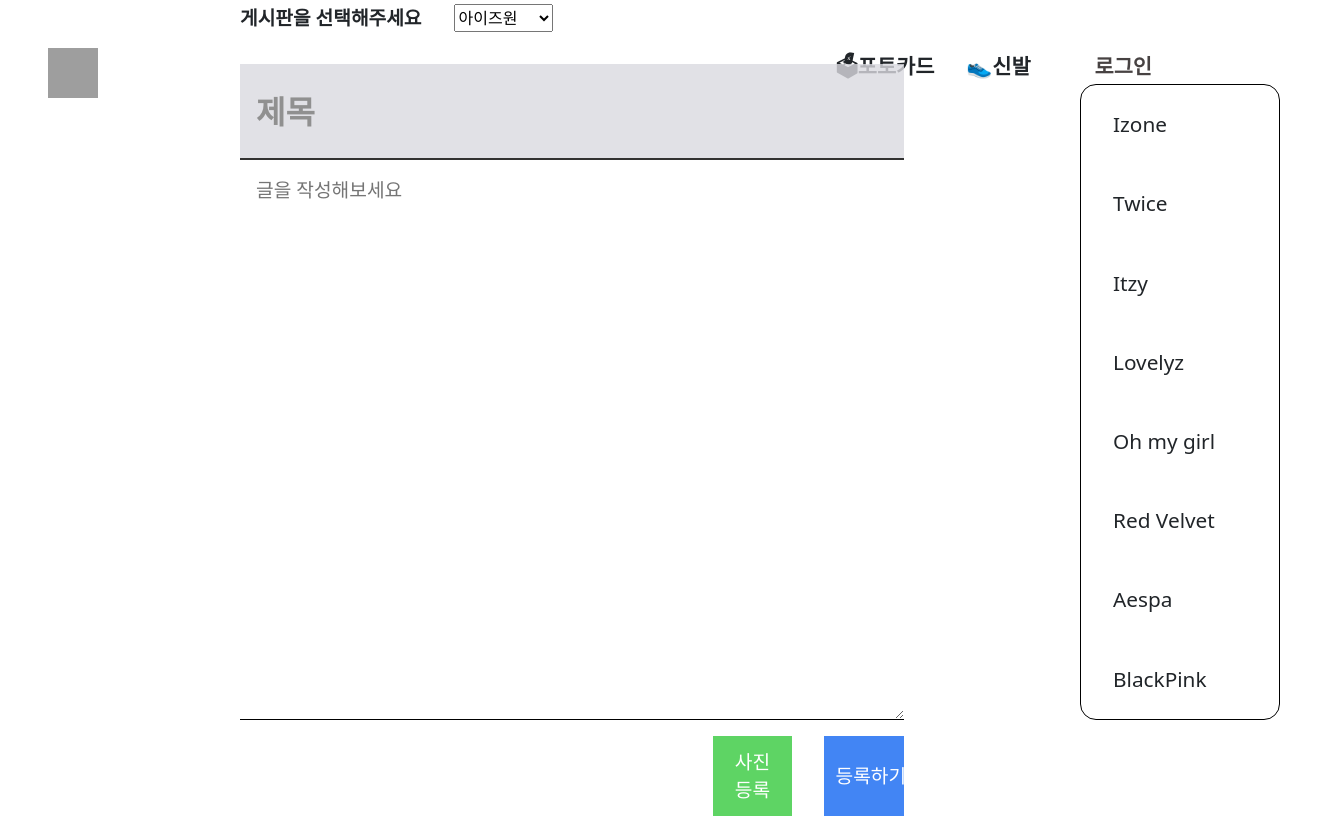
Repository: hwangstar156/goods-trader
Page: /write
These files come from the project's save history. The page is drawn as it stood at one moment and after the next save; the edit follows.
The browser window is 1280 px wide. The page is 1328 px wide, so the pictures cover 1328 px, including what lies to the right of the window. The pictures show the whole page.
Pictures or frames that could not be fetched are drawn as grey boxes. Some web libraries are served in a nearby version. The project was rebuilt for these pictures with package versions that can differ from the ones it lists, and the page was loaded fresh each time. Also part of the build but not shown: src/App.css, src/component/sign-up/sign-up.component.jsx, src/component/sign-in/sign-in.styles.scss, src/component/sign-in/sign-in.component.jsx, src/component/with-spinner/withSpinner.styles.scss, src/component/with-spinner/withSpinner.component.jsx, src/pages/userprofile/userprofile.styles.scss, src/pages/userprofile/userprofile.pages.jsx and 6 more.

Above is the page before, as saved 2021-09-05 19:07:24.

### public/index.html
<!DOCTYPE html>
<html lang="en">
  <head>
    <meta charset="utf-8" />
    <link rel="icon" href="%PUBLIC_URL%/favicon.ico" />
    <meta name="viewport" content="width=device-width, initial-scale=1" />
    <meta name="theme-color" content="#000000" />
    <meta
      name="description"
      content="Web site created using create-react-app"
    />
    <link rel="apple-touch-icon" href="%PUBLIC_URL%/logo192.png" />

    <link rel="manifest" href="%PUBLIC_URL%/manifest.json" />
    <script src="https://kit.fontawesome.com/08c91e1c0e.js" crossorigin="anonymous"></script>
    <title>Goods trader</title>
  </head>
  <body>
    <div id="root"></div>
  </body>
</html>

### src/index.js
import React from "react";
import ReactDOM from "react-dom";
import "./index.css";
import App from "./App";
import reportWebVitals from "./reportWebVitals";
import { BrowserRouter } from "react-router-dom";
import { PersistGate } from "redux-persist/integration/react";
import { store, persistor } from "./redux/store";
import { Provider } from "react-redux";
import "bootstrap/dist/css/bootstrap.min.css";
ReactDOM.render(
  <Provider store={store}>
    <BrowserRouter>
      <PersistGate persistor={persistor}>
        <App />
      </PersistGate>
    </BrowserRouter>
  </Provider>,

  document.getElementById("root")
);

// If you want to start measuring performance in your app, pass a function
// to log results (for example: reportWebVitals(console.log))
// or send to an analytics endpoint. Learn more: https://bit.ly/CRA-vitals
reportWebVitals();

### src/redux/store.js
import { createStore, applyMiddleware } from "redux";
import logger from "redux-logger";
import { persistStore } from "redux-persist";
import rootReducer from "./root-redux";
import { composeWithDevTools } from "redux-devtools-extension";
import createSagaMiddleware from "redux-saga";
import rootSaga from "./root-saga";

const sagaMiddleware = createSagaMiddleware();
const middlewares = [logger, sagaMiddleware];

const store = createStore(
  rootReducer,
  composeWithDevTools(applyMiddleware(...middlewares))
);
sagaMiddleware.run(rootSaga);
const persistor = persistStore(store);

export { store, persistor };

### src/pages/userprofile/userprofile.container.jsx
import WithSpinner from "../../component/with-spinner/withSpinner.component";
import UserProfilePage from "./userprofile.pages";
import { compose } from "redux";
import { connect } from "react-redux";
import { createStructuredSelector } from "reselect";
import { selectUserFetching } from "../../redux/user/user.selector";

const mapStateToProps = createStructuredSelector({
  isLoading: selectUserFetching,
});

const UserProfileContainer = compose(
  connect(mapStateToProps),
  WithSpinner
)(UserProfilePage);

export default UserProfileContainer;

### src/component/header/header.component.jsx
import React from "react";
import ProfileIcon from "../userprofile/profileicon.component";
import { Link, useHistory } from "react-router-dom";
import "./header.styles.scss";
import { useSelector } from "react-redux";
import {
  selectCurrentUser,
  selectUserLoggedIn,
} from "../../redux/user/user.selector";

const Header = () => {
  const currentUser = useSelector(selectCurrentUser);
  const isLoggedIn = useSelector(selectUserLoggedIn);
  const history = useHistory();
  const handleLogoClick = () => {
    history.push("/");
  };

  return (
    <>
      <div className="header-container">
        <div className="logo" onClick={handleLogoClick}>
          <img
            src="https://www.freepnglogos.com/uploads/logo-website-png/logo-website-file-globe-icon-svg-wikimedia-commons-21.png"
            alt=""
            className="logo-img"
          />
        </div>
        <div className="header-element">
          {isLoggedIn ? (
            <Link className="header-write" to="/write">
              📝글쓰기
            </Link>
          ) : null}

          <div className="header-photocard">🗳포토카드</div>
          <div className="header-sneakers">👟신발</div>
          {currentUser ? (
            <ProfileIcon />
          ) : (
            <Link to="/signin" className="sign-in-btn">
              로그인
            </Link>
          )}
        </div>
      </div>
    </>
  );
};

export default Header;

### src/redux/user/user.selector.js
import { createSelector } from "reselect";

const selectUser = (state) => state.user;

export const selectCurrentUser = createSelector(
  [selectUser],
  (user) => user.currentUser
);

export const selectUserError = createSelector(
  [selectUser],
  (user) => user.error
);

export const selectUserFetching = createSelector(
  [selectUser],
  (user) => user.isFetching
);

export const selectUserLoggedIn = createSelector(
  [selectUser],
  (user) => user.isLoggedIn
);

### src/pages/write/write.pages.jsx
import React from "react";
import { useState } from "react";
import { useSelector } from "react-redux";
import { firestore, storageRef } from "../../firebase/firebase.utils";
import { selectCurrentUser } from "../../redux/user/user.selector";
import { v4 as uuidv4 } from "uuid";
import { useRef } from "react";
import MenuAside from "../../component/menu-aside/menu-aside.component";
import "github-markdown-css";
import "./write.styles.scss";
import { selectIdols } from "../../redux/idol/idol.selector";
import resizeImage from "../userprofile/userprofile.utils";
const WritePage = () => {
  const imgRef = useRef(null);
  const inputRef = useRef(null);
  const currentUser = useSelector(selectCurrentUser);
  const idolCollection = useSelector(selectIdols);
  const [text, setText] = useState({
    headText: "",
    mainText: "",
  });
  const [boardId, setBoardId] = useState("");
  const [fileUrl, setFileUrl] = useState("");
  const { headText, mainText } = text;

  const onSubmit = async (e) => {
    e.preventDefault();

    const writing = {
      headText,
      mainText,
      createAt: Date.now(),
      fileUrl,
      boardId,
    };
    firestore.collection("writings").add(writing);
    setText({
      ...text,
      headText: "",
      mainText: "",
    });
  };

  const onChangeTextInput = (e) => {
    const name = e.target.name;
    setText({
      ...text,
      [name]: e.target.value,
    });
  };

  const onChangeFiles = async (e) => {
    const theFile = e.target.files[0];
    if (!theFile) {
      return;
    }
    if (!theFile.type.match(/image.*/)) {
      return;
    }
    const fileRef = storageRef.child(`${currentUser.id}/${uuidv4()}`);
    const responce = await fileRef.put(theFile);
    const url = await responce.ref.getDownloadURL();
    const config = {
      file: url,
      maxSize: 512,
    };
    resizeImage(config)
      .then((resizedImage) => {
        setFileUrl(resizedImage);
      })
      .catch((err) => console.log(err));
  };

  const onChangeSelectIdol = (e) => {
    setBoardId(encodeURIComponent(e.target.value));
  };

  const onClickRealFileInput = () => {
    inputRef.current.click();
  };

  return (
    <div className="write-container">
      <form onSubmit={onSubmit} className="inputs-form">
        <div className="select-container">
          <label htmlFor="">게시판을 선택해주세요</label>
          <select
            name="idol"
            id="select-collection"
            onChange={onChangeSelectIdol}
            className="idol-selector"
          >
            {idolCollection.map(({ id, title }) => (
              <option key={id} value={title}>
                {title}
              </option>
            ))}
          </select>
        </div>

        <input
          type="text"
          name="headText"
          className="head-input"
          value={headText}
          placeholder="제목"
          onChange={onChangeTextInput}
        />
        <textarea
          type="text"
          placeholder="글을 작성해보세요"
          className="main-input"
          name="mainText"
          value={mainText}
          onChange={onChangeTextInput}
        />
        <input
          type="file"
          accept="image/*"
          onChange={onChangeFiles}
          className="file-input"
          ref={inputRef}
        />
        <footer className="footer-element">
          <button
            type="button"
            className="file-btn"
            onClick={onClickRealFileInput}
          >
            사진 등록
          </button>
          <input type="submit" className="submit-btn" value="등록하기" />
        </footer>
      </form>
      <MenuAside className="menu-aside" />
      <div className="image-preview">
        <img src={fileUrl} alt="" ref={imgRef} />
      </div>
    </div>
  );
};

export default WritePage;

### src/redux/root-redux.js
import { combineReducers } from "redux";
import { persistReducer } from "redux-persist";
import storage from "redux-persist/lib/storage";
import idolReducer from "./idol/idol.reducer";
import userReducer from "./user/user.reducer";
const persistConfig = {
  key: "root",
  storage,
  whitelist: ["cart"],
};

const rootReducer = combineReducers({
  user: userReducer,
  idol: idolReducer,
});

export default persistReducer(persistConfig, rootReducer);

### src/redux/root-saga.js
import { all, call } from "redux-saga/effects";
import { userSagas } from "./user/user.saga";
export default function* rootSaga() {
  yield all([call(userSagas)]);
}

### src/component/sign-up/sign-up.styles.scss
@import url("https://fonts.googleapis.com/css2?family=Poppins&display=swap");
@import url("https://fonts.googleapis.com/css2?family=Jua&display=swap");

* {
  box-sizing: content-box;
  margin: 0;
}
.sign-up-page {
  width: 100%;
  height: 100vh;
  font-family: "Jua", sans-serif;
  & .form-input {
    display: flex;
    flex-direction: column;
    width: 35%;
    justify-content: center;
    margin: 0 auto;
    margin-top: 4rem;
    background-color: skyblue;
    padding: 3rem;
    border-radius: 1rem;

    & h3 {
      font-size: 2rem;
      text-align: center;
      color: black;
    }

    & .sign-up-input {
      margin-top: 2rem;
      height: 3rem;
      background-color: lightgray;
      border: 1px solid black;
      border-radius: 0.5rem;
      font-size: 1rem;
      letter-spacing: 0.1rem;
      padding-left: 1rem;
      &::placeholder {
        letter-spacing: normal;
        font-size: 80%;
        opacity: 1;
      }
    }
  }

  & .sign-up-title {
    display: flex;
    font-style: italic;
    padding-top: 3rem;
    font-size: 3em;

    color: tomato;
    justify-content: center;

    & strong {
      color: blue;
    }
  }

  & .submit-btn {
    width: 20%;
    margin: 4rem auto 0 auto;
    padding: 1rem;
    border-radius: 1.5rem;
    border: transparent;
    background-color: #4285f4;
    color: white;
    font-size: 1rem;

    &:hover {
      cursor: pointer;
      background-color: #357ae8;
    }
  }
}

### src/component/header/header.styles.scss
@import url("https://fonts.googleapis.com/css2?family=Jua&display=swap");

.header-container {
  display: flex;
  position: relative;
  left: 3rem;
  top: 3rem;
  & .logo-img {
    width: 50px;
    height: 50px;
    cursor: pointer;
  }

  & .header-element {
    display: flex;
    position: absolute;
    right: 11rem;
    font-size: 1.3rem;
    line-height: 40px;
    font-weight: 600;
    font-family: "Jua", sans-serif;

    & .header-write {
      text-decoration: none;
      color: rgb(71, 66, 66);
    }

    & .sign-in-btn {
      text-decoration: none;
      color: rgb(71, 66, 66);
    }
    & .header-write {
      margin-right: 2rem;
    }

    & .header-photocard {
      margin-right: 2rem;
    }

    & .header-sneakers {
      margin-right: 4rem;
    }
  }
}

### src/redux/user/user.types.js
export const UserActionTypes = {
  GOOGLE_SIGN_IN_START: "GOOGLE_SIGN_IN_START",
  EMAIL_SIGN_IN_START: "EMAIL_SIGN_IN_START",
  SIGN_IN_SUCCESS: "SIGN_IN_SUCCESS",
  SIGN_IN_FAILURE: "SIGN_IN_FAILURE",
  CHECK_USER_SESSION: "CHECK_USER_SESSION",
  SIGN_OUT_START: "SIGN_OUT_START",
  SIGN_OUT_SUCCESS: "SIGN_OUT_SUCCESS",
  SIGN_OUT_FAILURE: "SIGN_OUT_FAILURE",
  SIGN_UP_START: "SIGN_UP_START",
  SIGN_UP_SUCCESS: "SIGN_UP_SUCCESS",
  SIGN_UP_FAILURE: "SIGN_UP_FAILURE",
  CHANGE_USER_IMAGE: "CHANGE_USER_IMAGE",
  REFRESH_USER_START: "REFRESH_USER_START",
  REFRESH_USER_SUCCESS: "REFRESH_USER_REFRESH_USER_SUCCESS",
  REFRESH_USER_FAILURE: "REFRESH_USER_FAILURE",
};

### src/component/menu-aside/menu-aside.component.jsx
import React from "react";
import "./menu-aside.styles.scss";
const MenuAside = () => {
  return (
    <aside>
      <ul className="menu-aside">
        <li>Izone</li>
        <li>Twice</li>
        <li>Itzy</li>
        <li>Lovelyz</li>
        <li>Oh my girl</li>
        <li>Red Velvet</li>
        <li>Aespa</li>
        <li>BlackPink</li>
      </ul>
    </aside>
  );
};

export default MenuAside;

### src/pages/write/write.styles.scss
.write-container {
  height: 100vh;
  display: flex;
  justify-content: center;
  align-items: center;

  & .image-preview{
      background-repeat: no-repeat;
      background-position: center;
      background-size:contain;
  }

  & .inputs-form {
    display: flex;
    flex-direction: column;
    margin-left: 15rem;
    margin-right: 6rem;
    width: 900px;
    & .select-container {
        display: flex;
        margin-bottom: 2rem;
        & label{
            font-size: 1.2rem;
            font-weight: 600;
            font-family: 'Segoe UI', Tahoma, Geneva, Verdana, sans-serif;

        }

    & .idol-selector{
        margin-left: 2rem;
        width: 15%;
        display: inline-block;
    }
    }

    & .head-input {
      height: 6rem;
      border: none;
      border-bottom: 2px solid black;
      background-color: rgb(218, 218, 224);
      opacity: 0.8;
      padding-left: 1rem;
      font-weight: 600;
      font-size: 2rem;
      &:focus {
        outline: none;
      }
    }

    & .main-input {
      border: none;
      border-bottom: 1px solid black;
      height: 35rem;
      padding: 1rem 0 0 1rem;
      font-size: 1.2rem;
      &:focus {
        outline: none;
      }
    }

     & .file-input{
         display: none;
     }
    & .footer-element{
        display: flex;
        & .file-btn{
            width: 12%;
            padding: 0.7rem;
            margin-left: auto;
            margin-top: 1rem;
            margin-right: 2rem;
            color: white;
            border: none;
            font-size: 1.2rem;
            background-color: #5ed464;
            &:hover{
                background-color: #45be4b;
            }
        }
        & .submit-btn{
            width: 12%;
            padding: 0.7rem;
            margin-top: 1rem;
            color: white;
            border: none;
            font-size: 1.2rem;
            background-color: #4285f4;
            &:hover{
                background-color: #357ae8;
            }
        }
    }
  }
}

### src/redux/idol/idol.selector.js
import { createSelector } from "reselect";

const selectIdol = (state) => state.idol;

export const selectIdols = createSelector(
  [selectIdol],
  (idol) => idol.sections
);

### src/pages/userprofile/userprofile.utils.js
const resizeImage = (settings) => {
  const file = settings.file;
  const maxSize = settings.maxSize;
  const image = new Image();
  const canvas = document.createElement("canvas");

  const resize = () => {
    let width = image.width;
    let height = image.height;
    if (width > height) {
      if (width > maxSize) {
        height *= maxSize / width;
        width = maxSize;
      }
    } else {
      if (height > maxSize) {
        width *= maxSize / height;
        height = maxSize;
      }
    }
    canvas.width = width;
    canvas.height = height;
    canvas.getContext("2d").drawImage(image, 0, 0, width, height);
    const dataUrl = canvas.toDataURL("image/jpeg");
    return dataUrl;
  };

  return new Promise((ok, no) => {
    image.onload = () => {
      return ok(resize());
    };
    image.src = file;
    image.crossOrigin = "Anonymous";
  });
};

export default resizeImage;

### src/redux/idol/idol.reducer.js
import idolData from "./idol.data";
import IdolTypeActions from "./idol.type";
const idolReducer = (state = idolData, action) => {
  switch (action.type) {
    case IdolTypeActions.CHANGE_IMAGE_SIZE:
      return {
        ...state,
        imageUrl: action.payload,
      };
    default:
      return state;
  }
};

export default idolReducer;

### src/component/menu-aside/menu-aside.styles.scss
.menu-aside {
    list-style: none;
    min-width: 200px;
    margin-left: 5rem;
    border-radius: 1rem;
    border: 1px solid black;
    padding-left: 0;

    & li {
        margin-left: 0;
      padding: 1.5rem 0 1.5rem 2rem;
      font-size: 1.3rem;
      border-radius: 1rem;
      &:hover{
          background-color: rgb(169, 169, 255);
          color: white;
        cursor:pointer;
      }
    }
  }

### src/redux/idol/idol.type.js
const IdolTypeActions = {
  CHANGE_IMAGE_SIZE: "CHANGE_IMAGE_SIZE",
};

export default IdolTypeActions;

### src/menu-item/menu-item.styles.scss
* {
  box-sizing: content-box;
  margin: 0;
}

.menu-item {
  overflow: hidden;
  min-width: 30%;
  &:hover {
    cursor: pointer;

    & .background-image {
      transform: scale(1.04);
      transition: transform 2s cubic-bezier(0.25, 0.45, 0.45, 0.95);

      & .content {
        opacity: 0.9;
      }
    }
  }
  & .background-image {
    position: relative;
    height: 700px;

    background-size: cover;
    background-repeat: no-repeat;
    background-position: center;

    & .content {
      position: absolute;
      width: 7.5rem;
      height: 7.5rem;
      display: flex;
      flex-direction: column;
      align-items: center;
      justify-content: center;
      border: 1px solid black;
      top: 50%;
      left: 50%;
      background-color: white;
      opacity: 0.7;
      transform: translate(-50%, -50%);
      border-radius: 0.5rem;
      & .title {
        font-weight: bold;
        margin: 0 3px 0;
        font-size: 20px;
        color: #4a4a4a;
        font-family: sans-serif;
      }
    }
  }
}

Loaded but not shown: src/index.css (common file); src/reportWebVitals.js (common file); src/redux/user/user.saga.js (119 lines, source omitted); src/firebase/firebase.utils.js (87 lines, source omitted); src/redux/user/user.action.js (66 lines, source omitted); src/redux/idol/idol.data.js (58 lines, source omitted); src/App.js (38 lines, source omitted); src/redux/user/user.reducer.js (47 lines, source omitted)

After the next save:
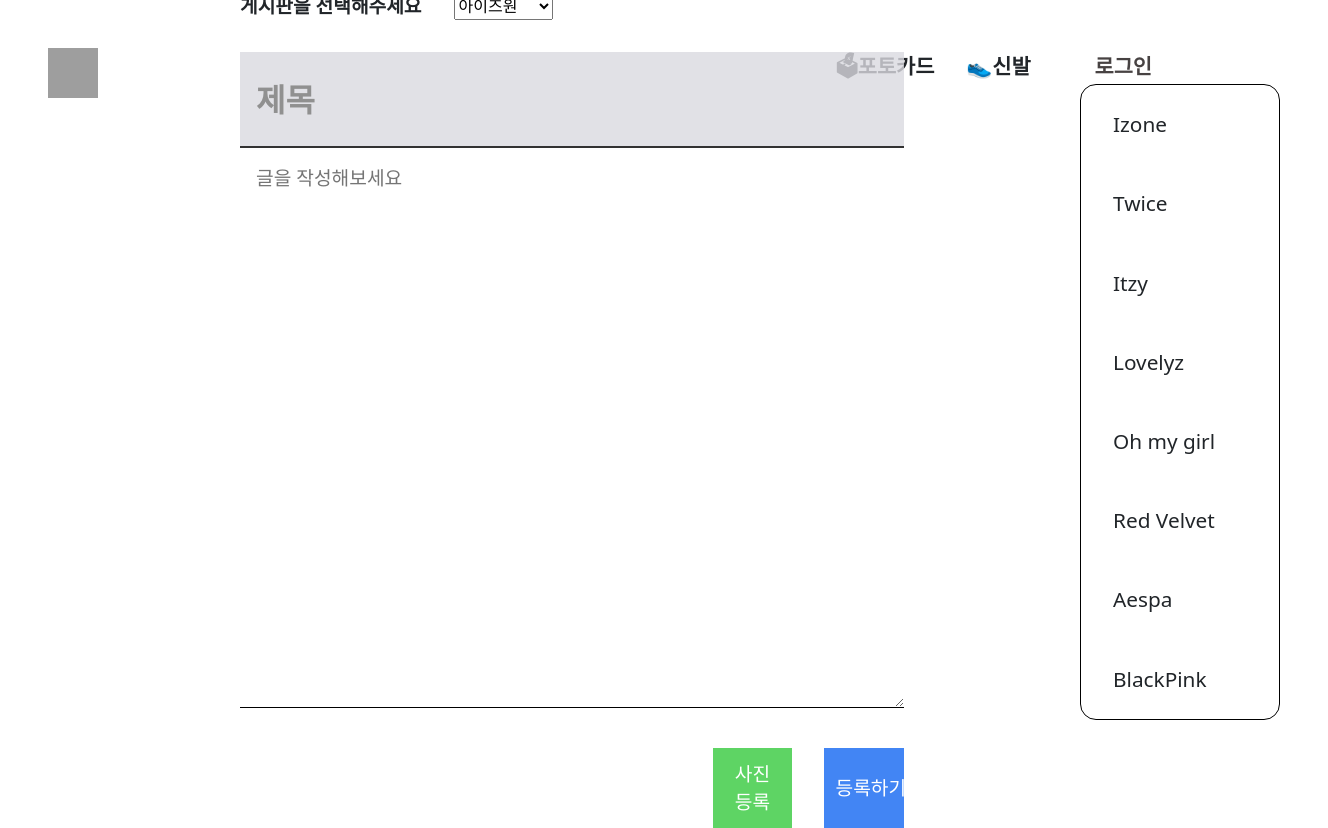
Saved 4 min 45 s later.
--- a/src/pages/write/write.pages.jsx
+++ b/src/pages/write/write.pages.jsx
@@ -121,6 +121,9 @@ const WritePage = () => {
           className="file-input"
           ref={inputRef}
         />
+        <div className="image-preview">
+          <img src={fileUrl} alt="" ref={imgRef} />
+        </div>
         <footer className="footer-element">
           <button
             type="button"
@@ -133,9 +136,6 @@ const WritePage = () => {
         </footer>
       </form>
       <MenuAside className="menu-aside" />
-      <div className="image-preview">
-        <img src={fileUrl} alt="" ref={imgRef} />
-      </div>
     </div>
   );
 };

After the save that followed:
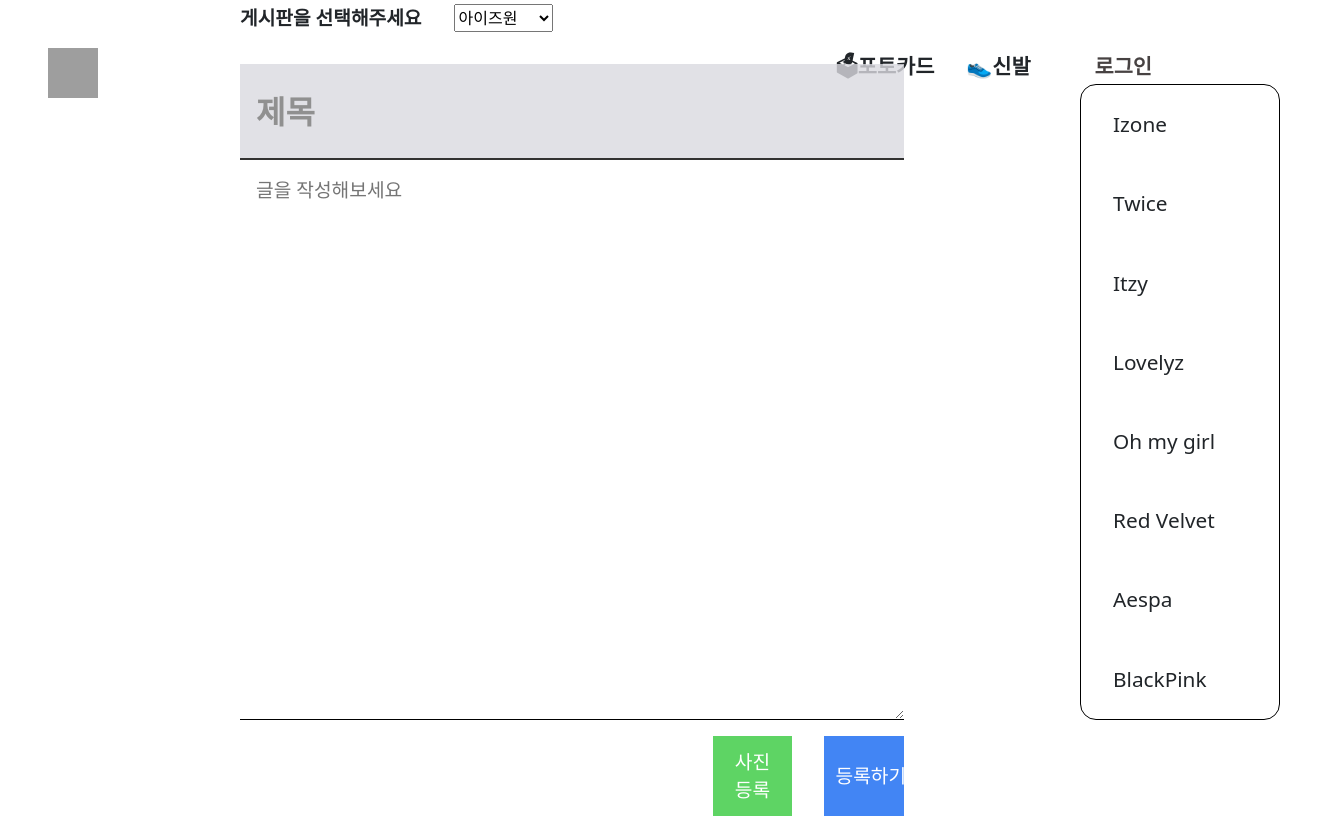
Saved 26 s later.
--- a/src/pages/write/write.styles.scss
+++ b/src/pages/write/write.styles.scss
@@ -4,11 +4,7 @@
   justify-content: center;
   align-items: center;
 
-  & .image-preview{
-      background-repeat: no-repeat;
-      background-position: center;
-      background-size:contain;
-  }
+
 
   & .inputs-form {
     display: flex;
@@ -16,6 +12,14 @@
     margin-left: 15rem;
     margin-right: 6rem;
     width: 900px;
+    position: relative;
+    & .image-preview{
+        position: absolute;
+        background-repeat: no-repeat;
+        background-position: center;
+        background-size:contain;
+    }
+
     & .select-container {
         display: flex;
         margin-bottom: 2rem;
